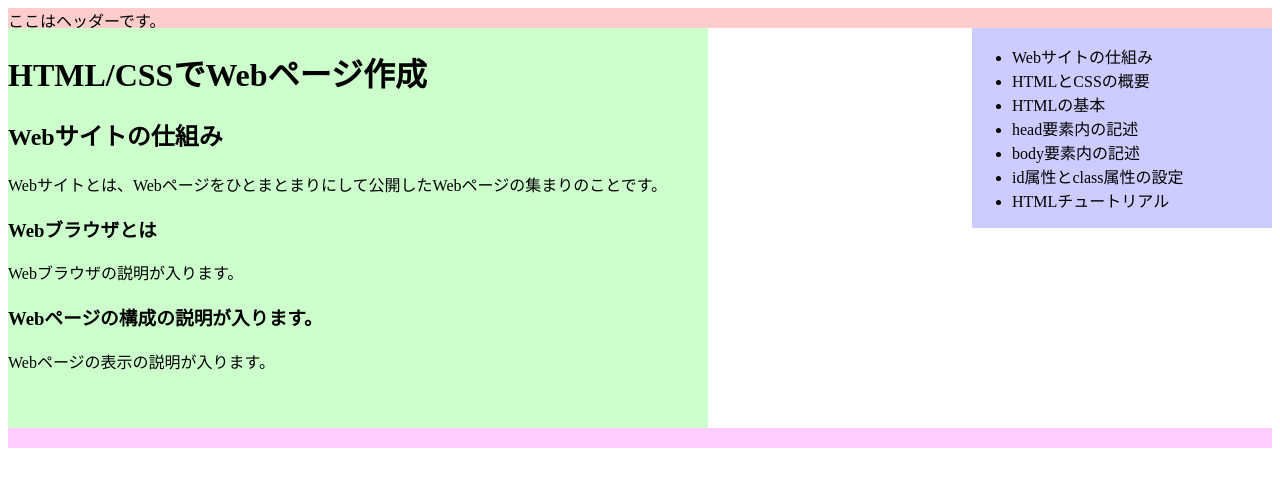
Repository: toshiyukitsumoto/first-git
Page: kadai-html.html
The author's editor kept a record of every edit. The page is drawn from the files as they stood at one moment, then again after the next edit.
The browser window is 1280 px wide. The pictures show the whole page.

Above is the page before.

After the next edit:
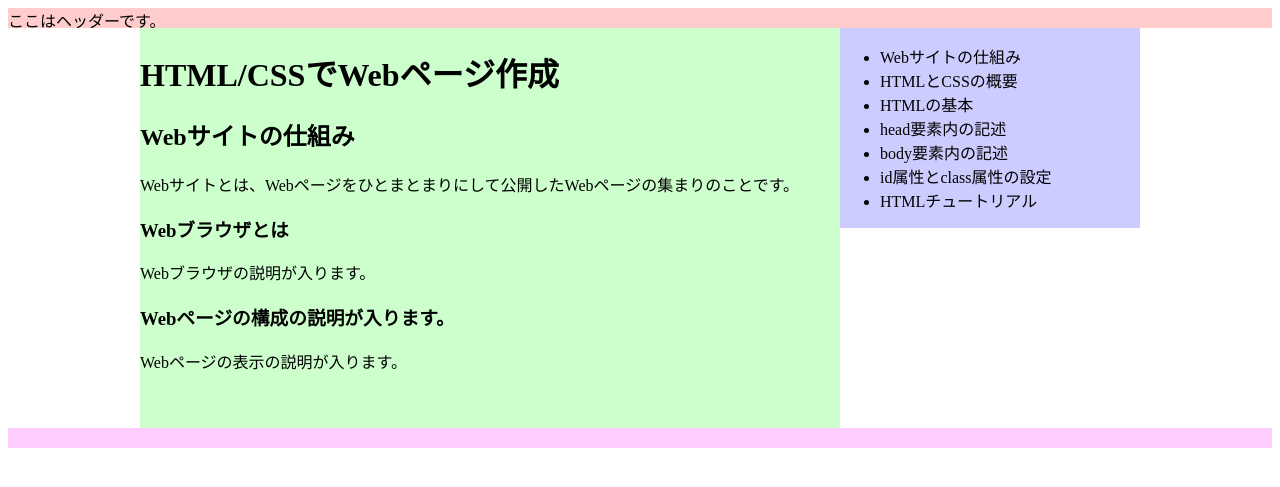
The edit:
--- a/kadai-css.css
+++ b/kadai-css.css
@@ -7,6 +7,11 @@
 header {
     height: 20px;
     background-color: #ffcccc;
+}
+
+#wrapper {
+    width: 1000px;
+    margin: 0 auto;
 }
 
 #main {
